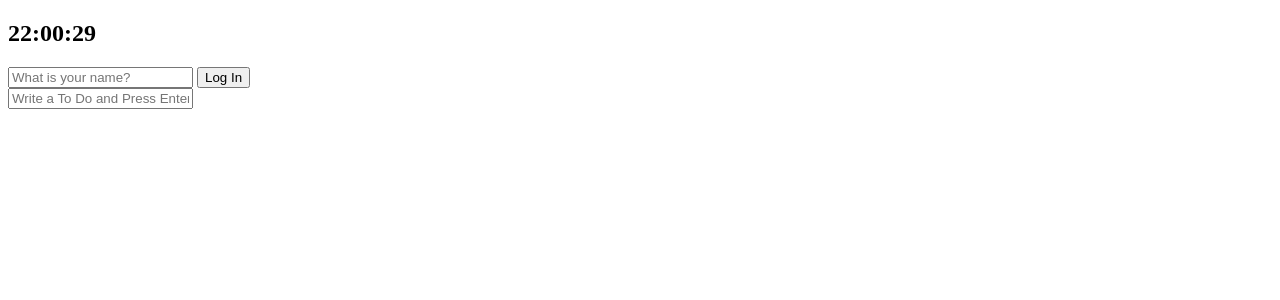
Repository: yoonanimous/ChromeApp
Page: index.html
An editor plug-in stored every save of this project. The page is shown before and after the next save, followed by the edit.
The browser window is 1280 px wide. The pictures show the whole page.

Above is the page before, as saved 2022-12-04 19:58:13.
Console error (its wording comes from the project's code and is left out).

### index.html
<!DOCTYPE html>
<html lang="en">
	<head>
		<meta charset="UTF-8" />
		<meta http-equiv="X-UA-Compatible" content="IE=edge" />
		<meta name="viewport" content="width=device-width, initial-scale=1.0" />
		<title>ChromeApp</title>
		<link rel="stylesheet" href="style.css" />
		<script defer src="js/clock.js"></script>
		<script defer src="js/greetings.js"></script>
		<script defer src="js/todo.js"></script>
		<script defer src="js/quotes.js"></script>
	</head>
	<body>
		<div>
			<h2 id="clock"></h2>
		</div>
		<form class="hidden" id="login-form">
			<input
				type="text"
				required
				maxlength="15"
				placeholder="What is your name?"
			/>
			<input type="submit" value="Log In" />
		</form>
		<h1 class="hidden" id="greeting"></h1>
		<form id="todo-form">
			<input type="text" placeholder="Write a To Do and Press Enter" required />
		</form>
		<ul id="todo-list"></ul>
		<div id="quote">
			<span></span>
			<span></span>
		</div>
	</body>
</html>

### js/clock.js
const clock = document.querySelector("#clock");

function getClock() {
	const date = new Date();
	const hours = String(date.getHours()).padStart(2, "0");
	const minutes = String(date.getMinutes()).padStart(2, "0");
	const seconds = String(date.getSeconds()).padStart(2, "0");
	clock.innerText = `${hours}:${minutes}:${seconds}`;
}

getClock();
setInterval(getClock, 1000);

### js/greetings.js
const greeting = document.querySelector("#greeting");
const loginForm = document.querySelector("#login-form");
const loginInput = document.querySelector("#login-form input");

const HIDDEN_CLASSNAME = "hidden";
const USERNAME_KEY = "username";

function onLoginSubmit(event) {
	event.preventDefault();
	loginForm.classList.add(HIDDEN_CLASSNAME);
	const typedUsername = loginInput.value;
	localStorage.setItem(USERNAME_KEY, typedUsername);
	paintGreetings(typedUsername);
}

function paintGreetings(username) {
	greeting.innerText = `Hello ${username}`;
	greeting.classList.remove(HIDDEN_CLASSNAME);
}

const savedUsername = localStorage.getItem(USERNAME_KEY);

if (savedUsername === null) {
	loginForm.classList.remove(HIDDEN_CLASSNAME);
	loginForm.addEventListener("submit", onLoginSubmit);
} else {
	paintGreetings(savedUsername);
}

### js/todo.js
const toDoForm = document.getElementById("todo-form");
const toDoInput = document.querySelector("#todo-form input");
const toDoList = document.getElementById("todo-list");

const TODOS_KEY = "todos";

let toDos = [];

function saveToDos() {
	localStorage.setItem(TODOS_KEY, JSON.stringify(toDos));
}

function deleteToDo(event) {
	const li = event.target.parentElement;
	li.remove();
	toDos = toDos.filter((toDo) => toDo.id !== parseInt(li.id));
	saveToDos();
}

function paintToDo(newToDo) {
	const li = document.createElement("li");
	li.id = newToDo.id;
	const span = document.createElement("span");
	span.innerText = newToDo.text;
	const deleteBtn = document.createElement("button");
	deleteBtn.innerText = "❌";
	deleteBtn.addEventListener("click", deleteToDo);
	li.appendChild(span);
	li.appendChild(deleteBtn);
	toDoList.appendChild(li);
}

function handleToDoSubmit(event) {
	event.preventDefault();
	const newToDo = toDoInput.value;
	toDoInput.value = "";
	const newToDoObj = {
		text: newToDo,
		id: Date.now(),
	};
	toDos.push(newToDoObj);
	paintToDo(newToDoObj);
	saveToDos();
}

toDoForm.addEventListener("submit", handleToDoSubmit);

const savedToDos = localStorage.getItem(TODOS_KEY);

if (savedToDos !== null) {
	const parsedToDos = JSON.parse(savedToDos);
	toDos = parsedToDos;
	parsedToDos.forEach(paintToDo);
}

### js/quotes.js
const quotes = [
	{
		quote: "When you have a dream, you've got to grab it and never let go.",
		author: "Carol Burnett",
	},
	{
		quote: "Nothing is impossible. The word itself says 'I'm possible!'",
		author: "Audrey Hepburn",
	},
	{
		quote: "There is nothing impossible to they who will try.",
		author: "Alexander the Great",
	},
	{
		quote: "The bad news is time flies. The good news is you're the pilot.",
		author: "Michael Altshuler",
	},
	{
		quote:
			"Success is not final, failure is not fatal: it is the courage to continue that counts.",
		author: "Winston Churchill",
	},
];

const quote = document.querySelector("#quote");
const auhtor = document.querySelector("#quote span:second-child");

const todaysQuote = quotes[Math.floor(Math.random() * quotes.length)];

quote.innerText = todaysQuote.quote;
author.innerText = todaysQuote.author;

Loaded but not shown: style.css (common file)

After the next save:
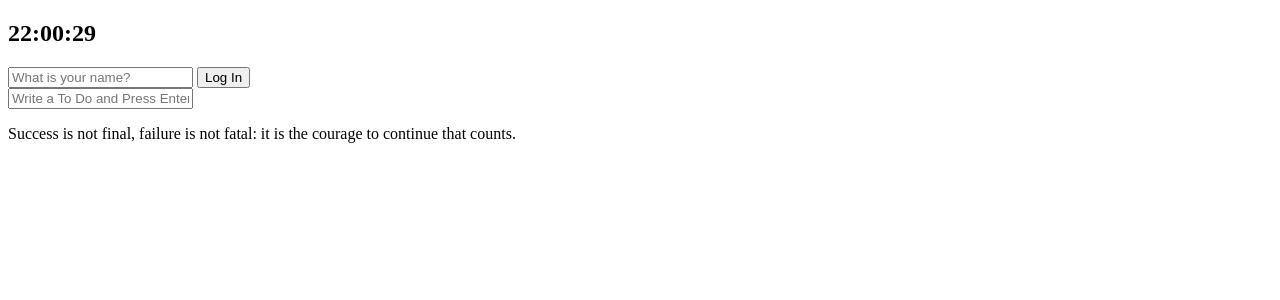
Console error: ReferenceError: author is not defined
Saved 14 s later.
--- a/js/quotes.js
+++ b/js/quotes.js
@@ -23,7 +23,7 @@
 ];
 
 const quote = document.querySelector("#quote");
-const auhtor = document.querySelector("#quote span:second-child");
+const auhtor = document.querySelector("#quote");
 
 const todaysQuote = quotes[Math.floor(Math.random() * quotes.length)];
 

After the 2 saves that followed:
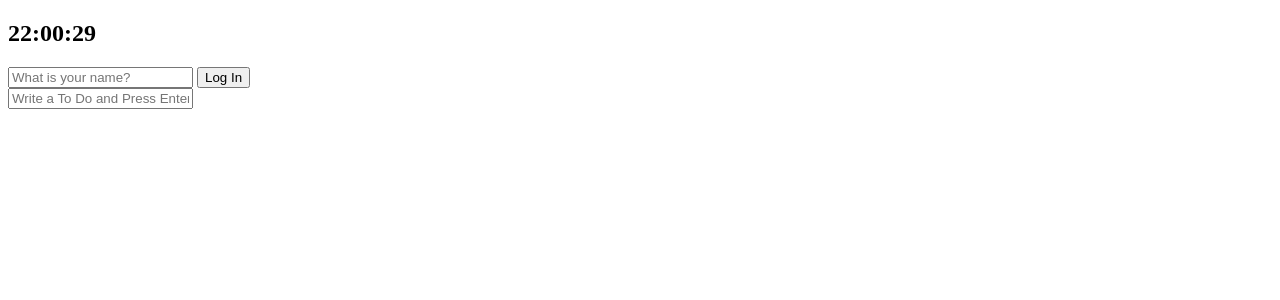
Console error (its wording comes from the project's code and is left out).
The 2 saves are shown as one change because 1 left the picture as it was.
The last was saved 56 s later.
--- a/js/quotes.js
+++ b/js/quotes.js
@@ -22,8 +22,8 @@
 	},
 ];
 
-const quote = document.querySelector("#quote");
-const auhtor = document.querySelector("#quote");
+const quote = document.querySelector("#quote span:first-child");
+const auhtor = document.querySelector("#quote span:second-child");
 
 const todaysQuote = quotes[Math.floor(Math.random() * quotes.length)];
 
